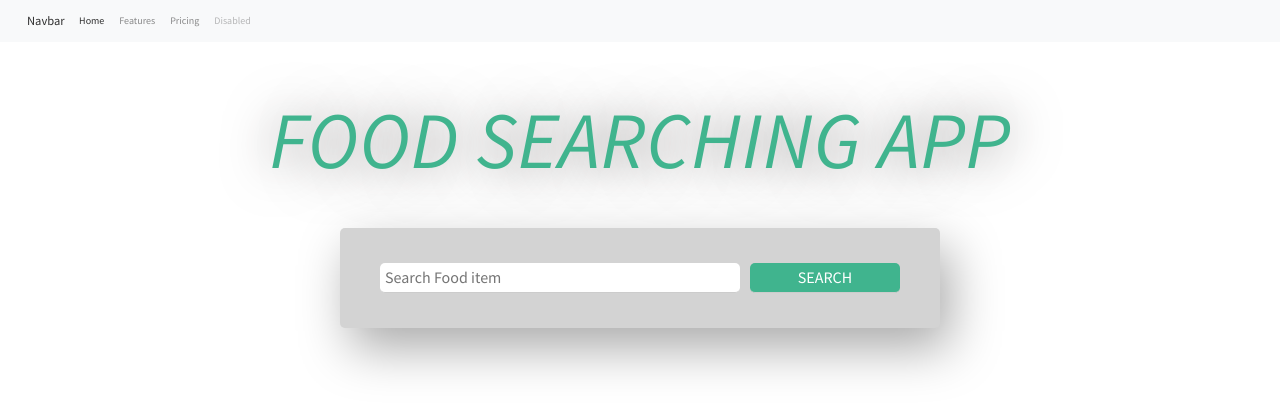
Repository: priyavmehta/React-Food-Recipe-App
Page: /search
These files come from the project's save history. The page is drawn as it stood at one moment and after the next save; the edit follows.
The browser window is 1280 px wide. The pictures show the whole page.
The project was rebuilt for these pictures with package versions that can differ from the ones it lists, and the page was loaded fresh each time. Also part of the build but not shown: src/Components/RecipeDetails.js, src/Components/Recipe.js, src/Components/Alert.js.

Above is the page before, as saved 2020-07-11 21:55:21.

After the next save:
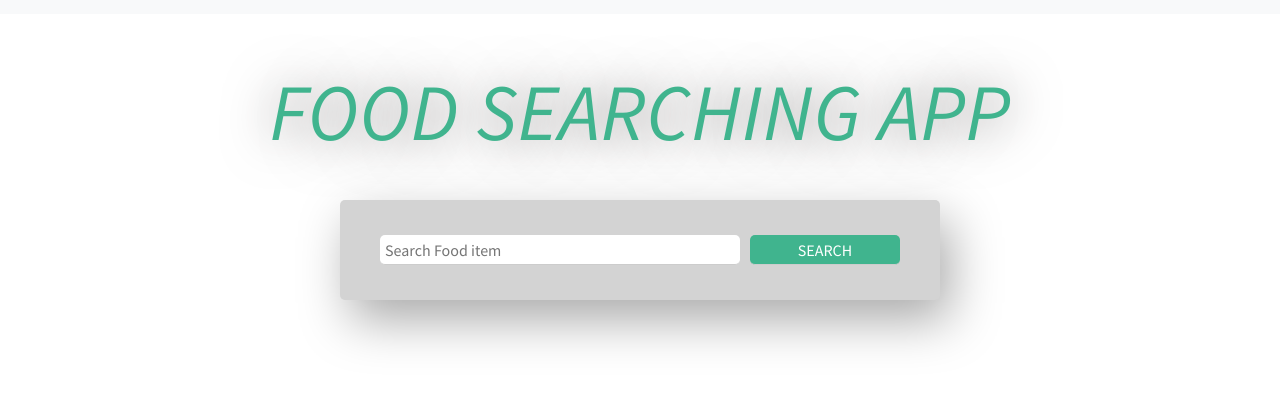
Saved 84 s later.
--- a/src/Components/Navbar.js
+++ b/src/Components/Navbar.js
@@ -3,26 +3,7 @@ import React from 'react'
 const Navbar = () => {
     return (
         <nav className="navbar navbar-expand-lg navbar-light bg-light">
-            <a className="navbar-brand" href="#">Navbar</a>
-            <button className="navbar-toggler" type="button" data-toggle="collapse" data-target="#navbarNav" aria-controls="navbarNav" aria-expanded="false" aria-label="Toggle navigation">
-                <span className="navbar-toggler-icon"></span>
-            </button>
-            <div className="collapse navbar-collapse" id="navbarNav">
-                <ul className="navbar-nav">
-                <li className="nav-item active">
-                    <a className="nav-link" href="#">Home <span className="sr-only">(current)</span></a>
-                </li>
-                <li className="nav-item">
-                    <a className="nav-link" href="#">Features</a>
-                </li>
-                <li className="nav-item">
-                    <a className="nav-link" href="#">Pricing</a>
-                </li>
-                <li className="nav-item">
-                    <a className="nav-link disabled" href="#" tabindex="-1" aria-disabled="true">Disabled</a>
-                </li>
-                </ul>
-            </div>
+
         </nav>
     )
 }
